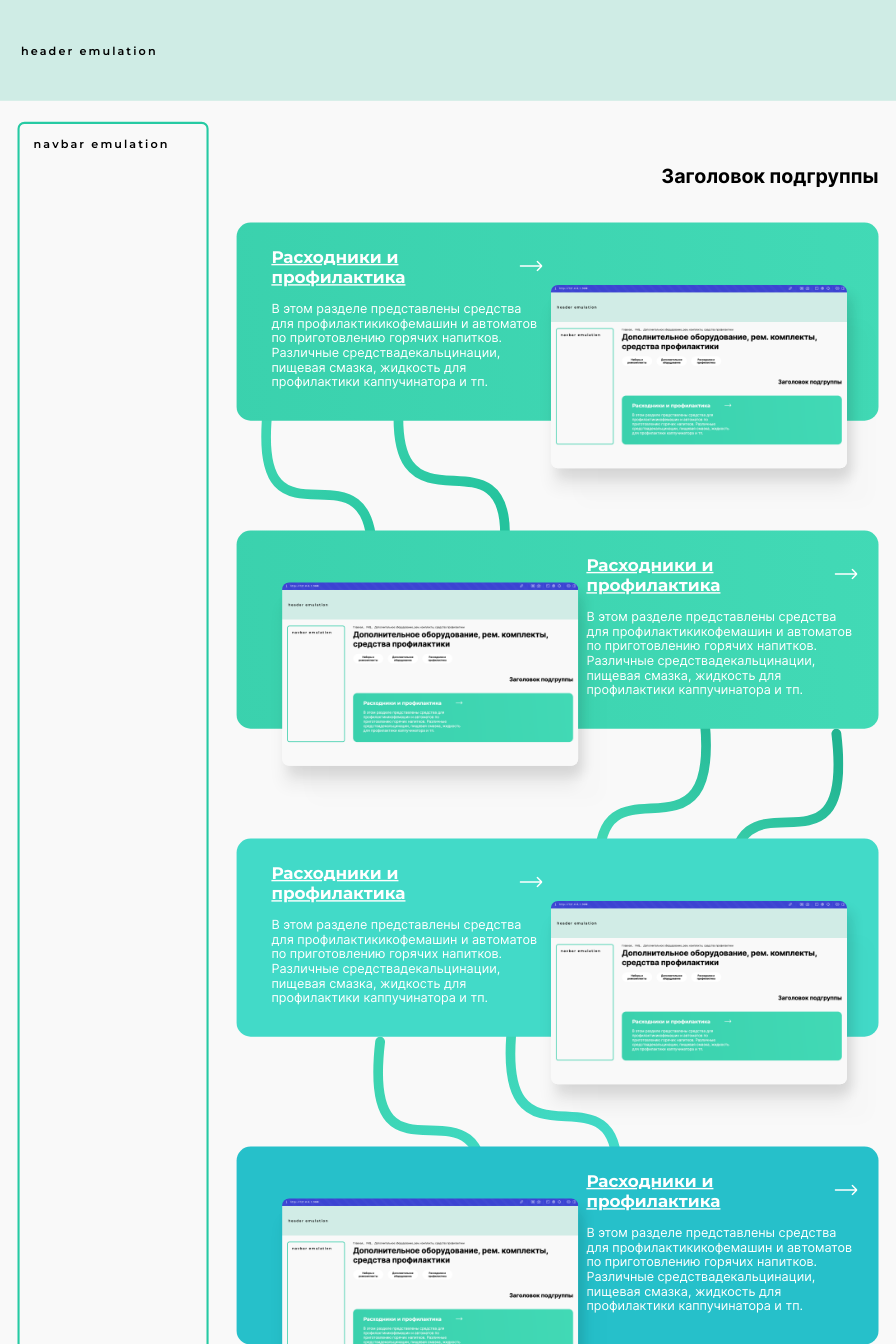
Repository: axonde/venpart-faq-pages
Page: index.html
These files come from the project's save history. The page is drawn as it stood at one moment and after the next save; the edit follows.
The browser window is 1280 px wide. The pictures show the part of the page from y = 0 to 1920 px (the page is 2635 px tall), at 70% of full size.

Above is the page before, as saved 2024-02-28 20:05:22.

After the next save:
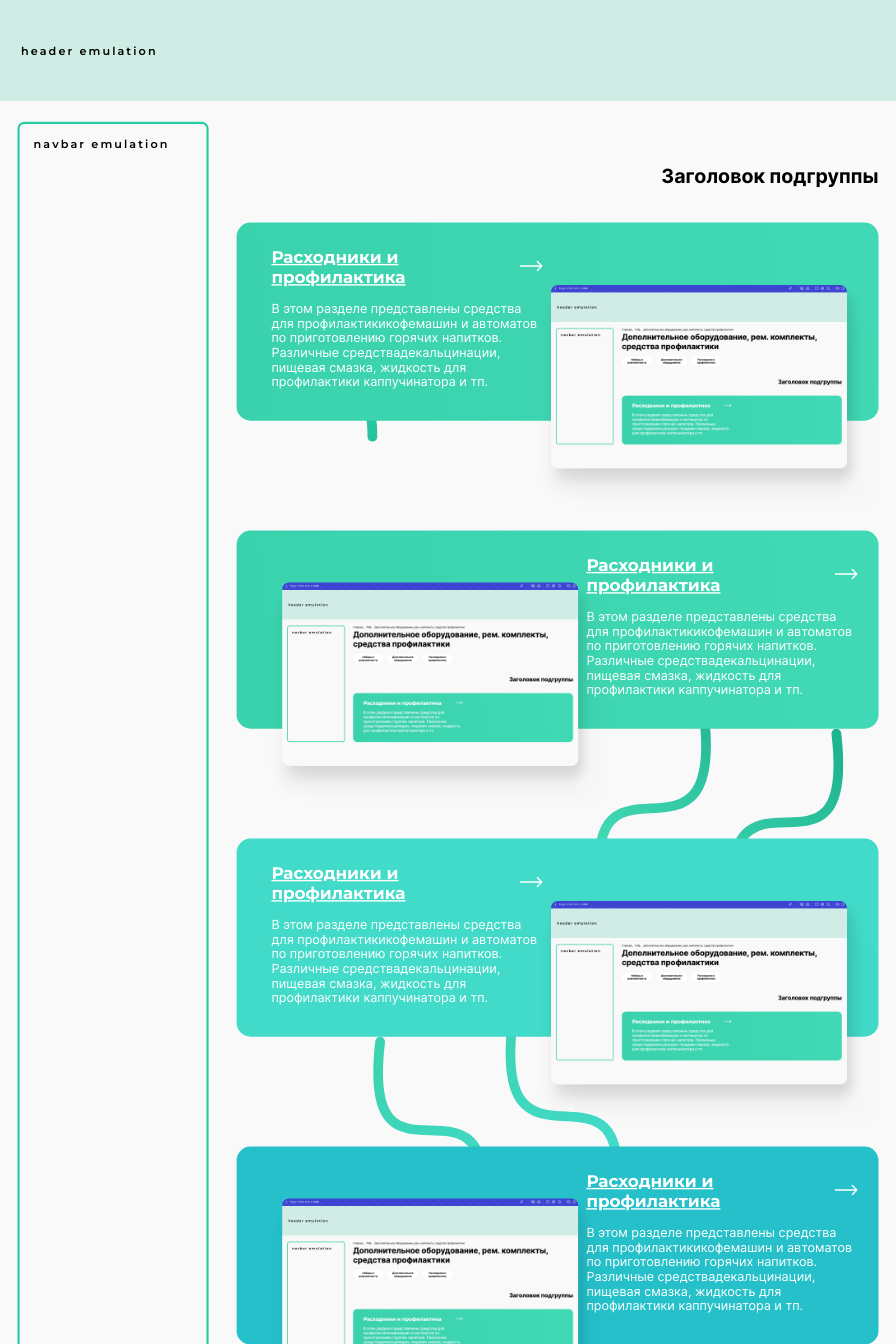
Saved 2 min 40 s later.
--- a/style.css
+++ b/style.css
@@ -569,7 +569,7 @@ scrollbar-width: none; /* Firefox */}
 	width: 356px;
 	height: 286px;
 	position: absolute;
-	top: 70%;
+	bottom: -30px;
 	left: 35px;
 	z-index: -1;}
 .faq__item:nth-child(2n)::after {
